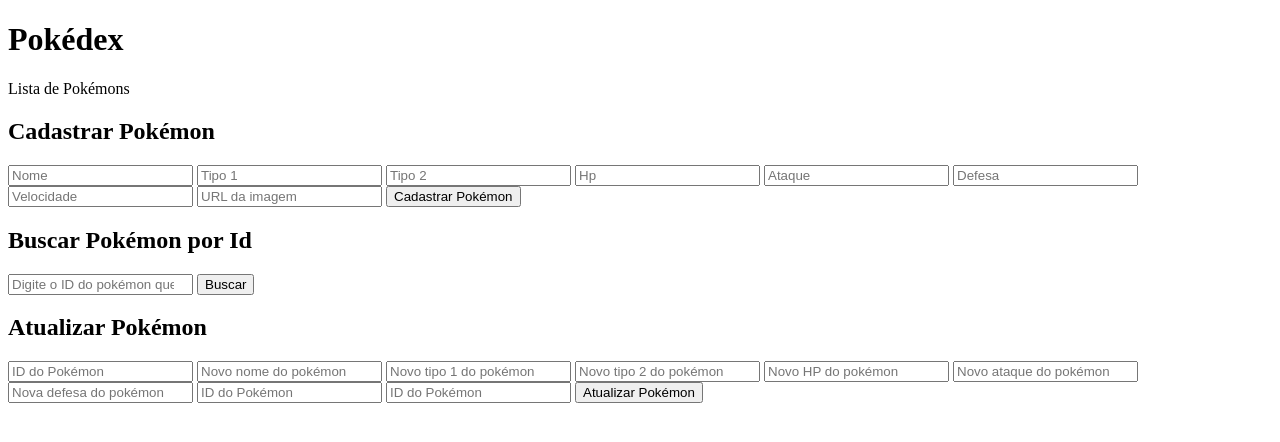
Repository: arthurSchgg/pokedex
Page: front-end/index.html
These files come from the project's save history. The page is drawn as it stood at one moment and after the next save; the edit follows.
The browser window is 1280 px wide. The pictures show the whole page.
The page's requests for data from a server got no answer.

Above is the page before, as saved 2026-10-01 16:12:12.

After the next save:
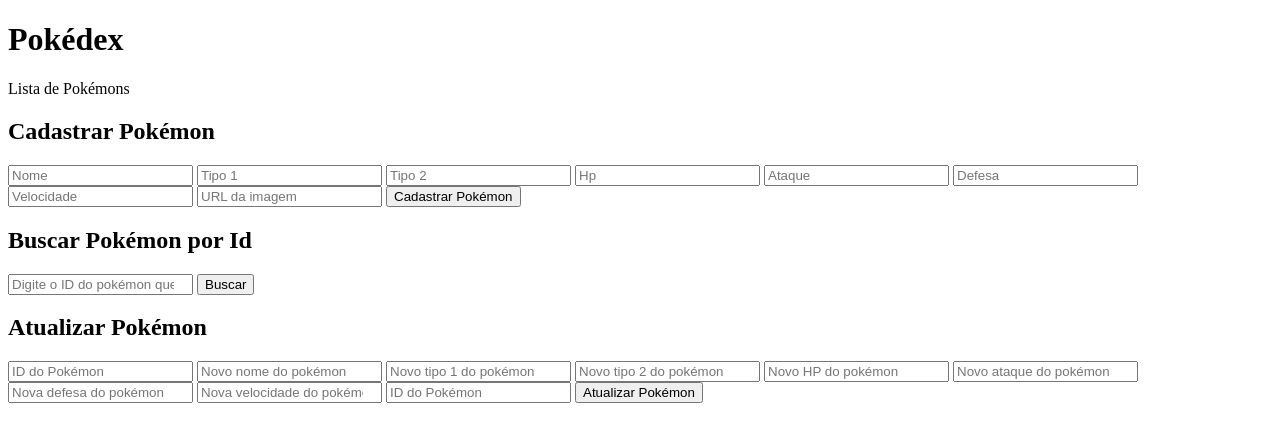
Saved 10 s later.
--- a/front-end/index.html
+++ b/front-end/index.html
@@ -109,7 +109,7 @@
             <input
                 type="number"
                 id="update-velocidade"
-                placeholder="ID do Pokémon"
+                placeholder="Nova velocidade do pokémon"
                 required
             >
 
